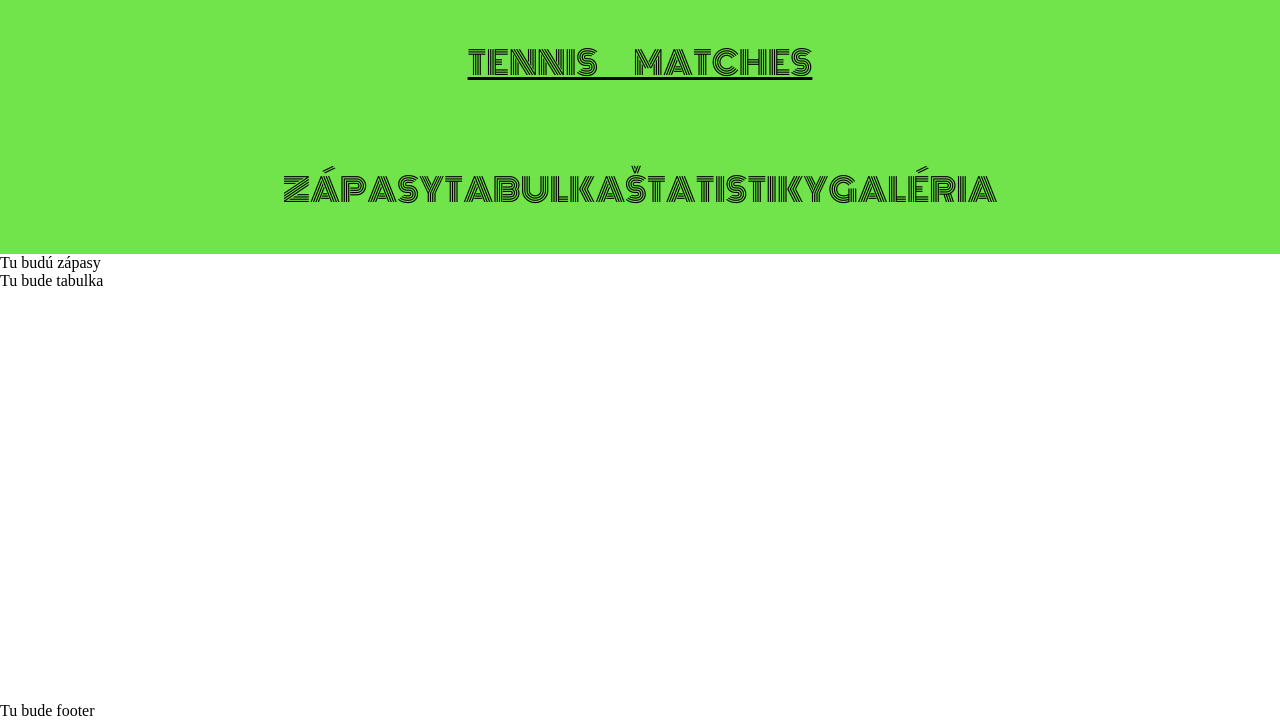
Repository: Badynko/tenis-app
Page: /
These files come from the project's save history. The page is drawn as it stood at one moment and after the next save; the edit follows.
The browser window is 1280 px wide. The pictures show the whole page.
The project was rebuilt for these pictures with package versions that can differ from the ones it lists, and the page was loaded fresh each time.

Above is the page before, as saved 2024-07-10 15:30:04.

### src/index.css
@import url("https://fonts.googleapis.com/css2?family=Monoton&family=Quicksand:wght@500;700&display=swap");

* {
  margin: 0;
  padding: 0;
  box-sizing: border-box;
}

.app {
  width: 100%;
  height: 100vh;
  display: grid;
  grid-template-rows: auto auto 1fr auto;
}

h1,
.menu {
  text-decoration: underline;
  word-spacing: 2rem;
  text-align: center;
  background-color: #70e44a;
  font-family: "Monoton";
  font-size: 2rem;
  text-transform: uppercase;
  font-weight: 400;
  padding: 2.4rem 0;
}

li {
  display: inline-block;
  list-style-type: none;
  margin: 0;
  padding: 0;
}

### src/App.js
export default function App() {
  return (
    <div className="app">
      <Header />
      <Matches />
      <Table />
      <Stats />
    </div>
  );
}

function Header() {
  return (
    <div className="header">
      <h1>Tennis Matches</h1>
      <nav>
        <ul className="menu">
          <li>Zápasy</li>
          <li>Tabulka</li>
          <li>Štatistiky</li>
          <li>Galéria</li>
        </ul>
      </nav>
    </div>
  );
}

function Matches() {
  return (
    <div>
      <p>Tu budú zápasy</p>
    </div>
  );
}

function Table() {
  return (
    <div>
      <p>Tu bude tabulka</p>
    </div>
  );
}

function Stats() {
  return (
    <footer className="stats">
      <p>Tu bude footer</p>
    </footer>
  );
}

Loaded but not shown: public/index.html (common file); src/index.js (common file)

After the next save:
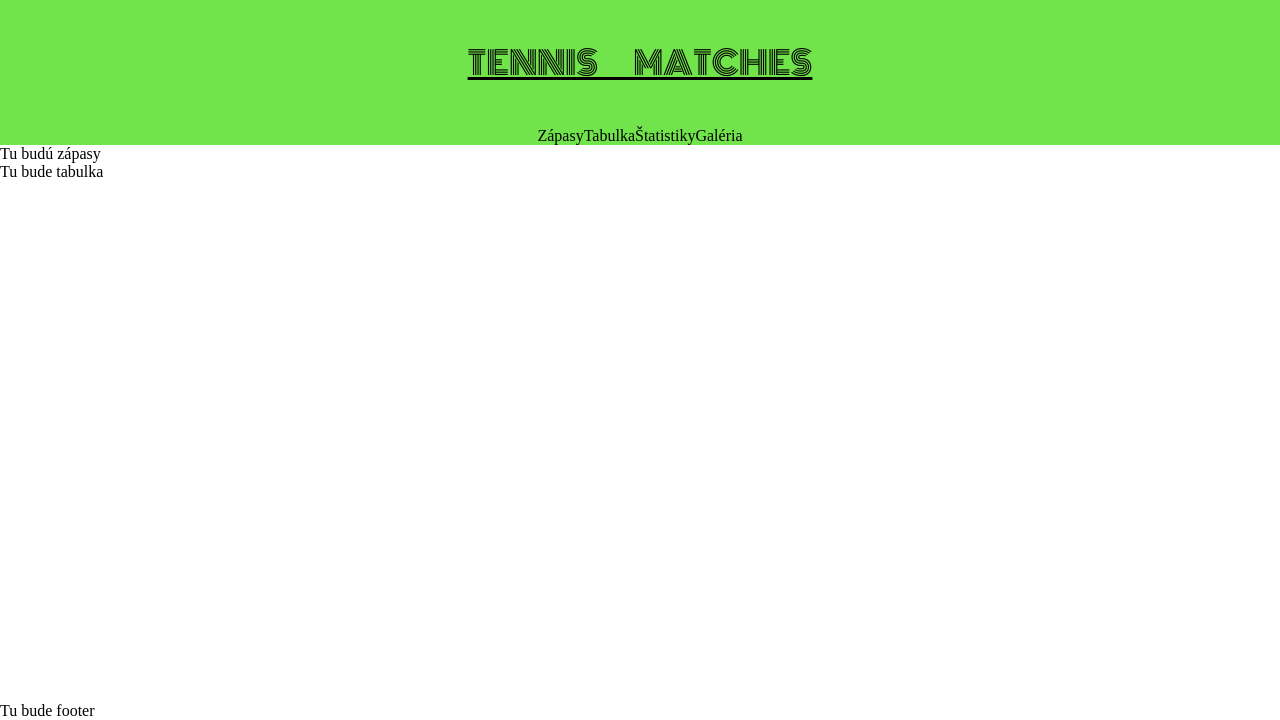
Saved 46 s later.
--- a/src/index.css
+++ b/src/index.css
@@ -13,8 +13,7 @@
   grid-template-rows: auto auto 1fr auto;
 }
 
-h1,
-.menu {
+h1 {
   text-decoration: underline;
   word-spacing: 2rem;
   text-align: center;
@@ -26,6 +25,14 @@ h1,
   padding: 2.4rem 0;
 }
 
+.menu {
+  word-spacing: 2rem;
+  text-align: center;
+  background-color: #70e44a;
+  font-size: 1rem;
+  font-weight: 400;
+}
+
 li {
   display: inline-block;
   list-style-type: none;
